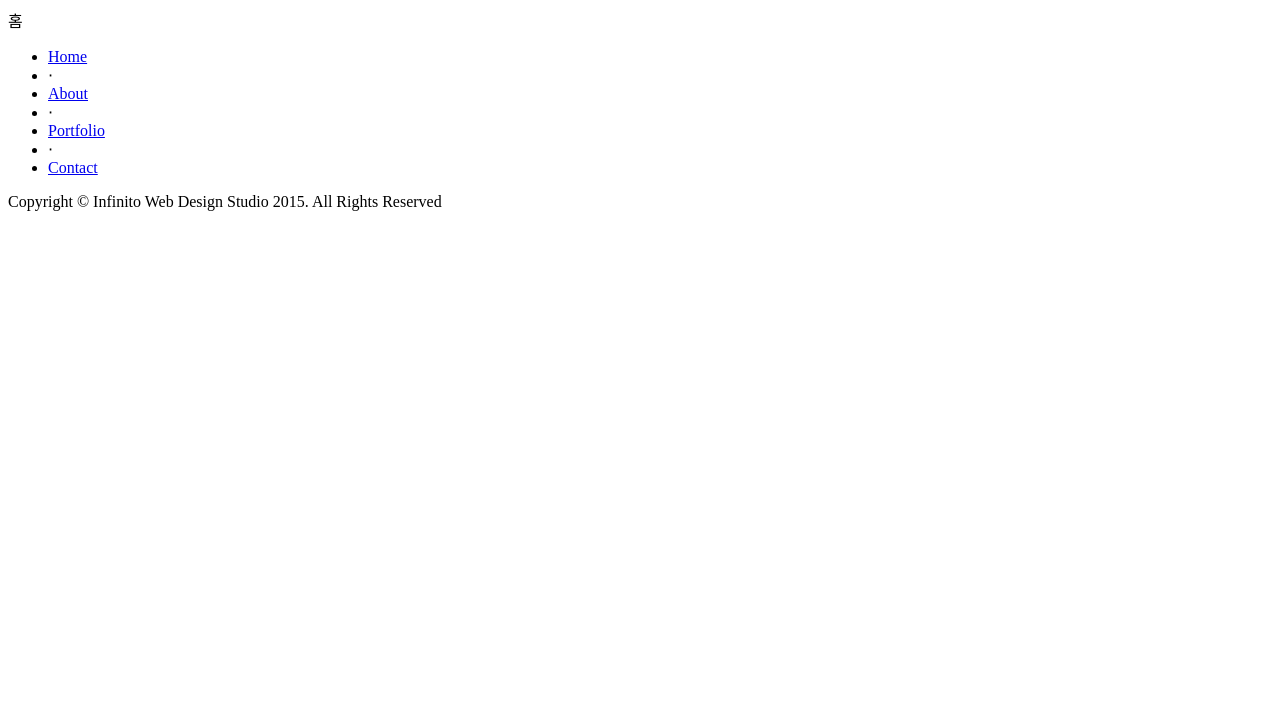
Repository: sist-varm/FirstTeamProject_self
Page: http://localhost/html_1/main/main.jsp
The author's editor kept a copy of each file at every save. The page is drawn from the files as they stood at one save, then again after the next save.
The browser window is 1280 px wide. The page is 1280 px wide, then 1288 px, so the pictures cover 1288 px, including what lies to the right of the window. The pictures show the whole page.
The page is served by Tomcat 9.

Above is the page before, as saved 2022-07-20 07:21:50.

After the next save:
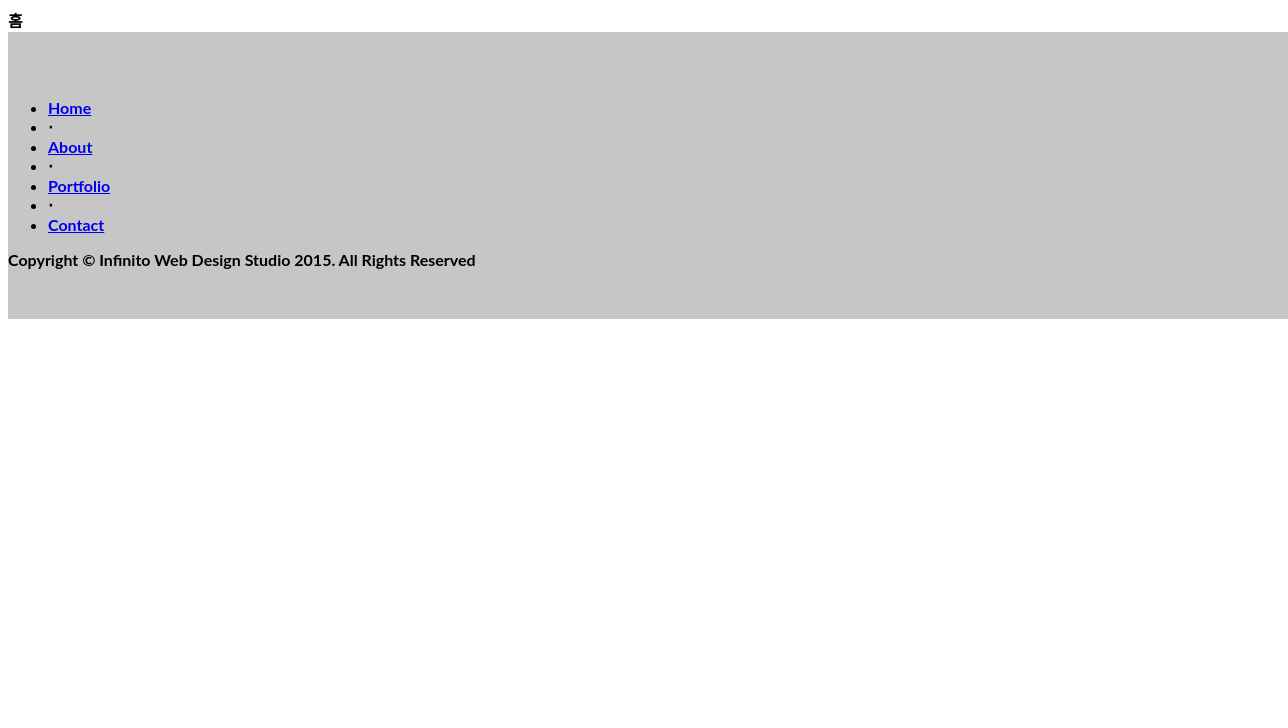
Saved 37 s later.
--- a/html_1/src/main/webapp/common/footer.jsp
+++ b/html_1/src/main/webapp/common/footer.jsp
@@ -5,7 +5,7 @@
 <head>
 <meta charset="UTF-8">
 <title>Insert title here</title>
-<link href="
+<link href="../styles/css/footer.css" rel="stylesheet">
 </head>
 <body>
 	<footer>
